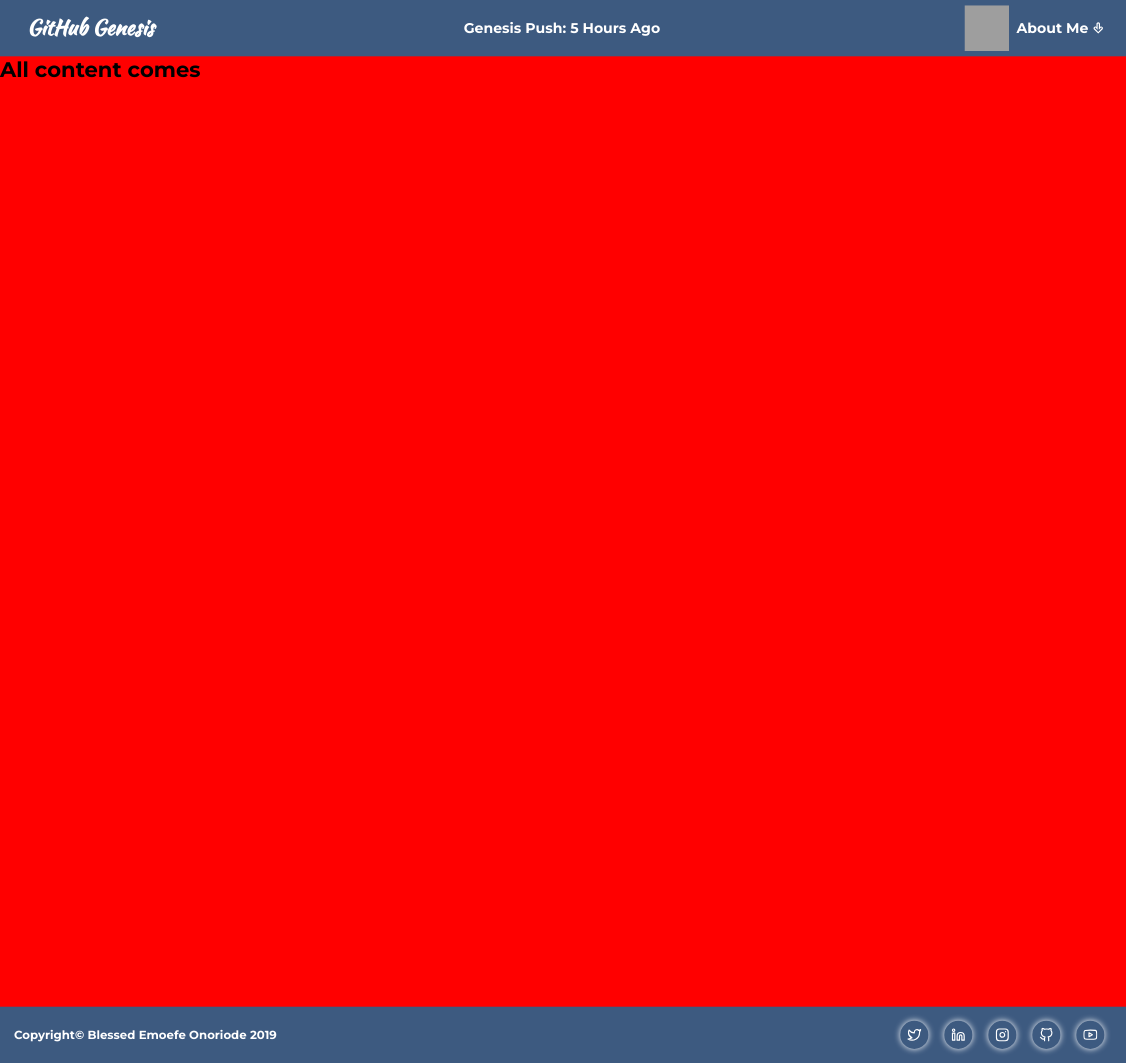
Repository: BlessedEmoefe/github-genesis
Page: /
An editor plug-in stored every save of this project. The page is shown before and after a run of saves, followed by the edit.
The browser window is 1280 px wide. The pictures show the whole page, at 88% of full size.
Pictures or frames that could not be fetched are drawn as grey boxes. The project was rebuilt for these pictures with package versions that can differ from the ones it lists, and the page was loaded fresh each time.

Above is the page before, as saved 2021-04-04 21:50:23.

After the next 3 saves:
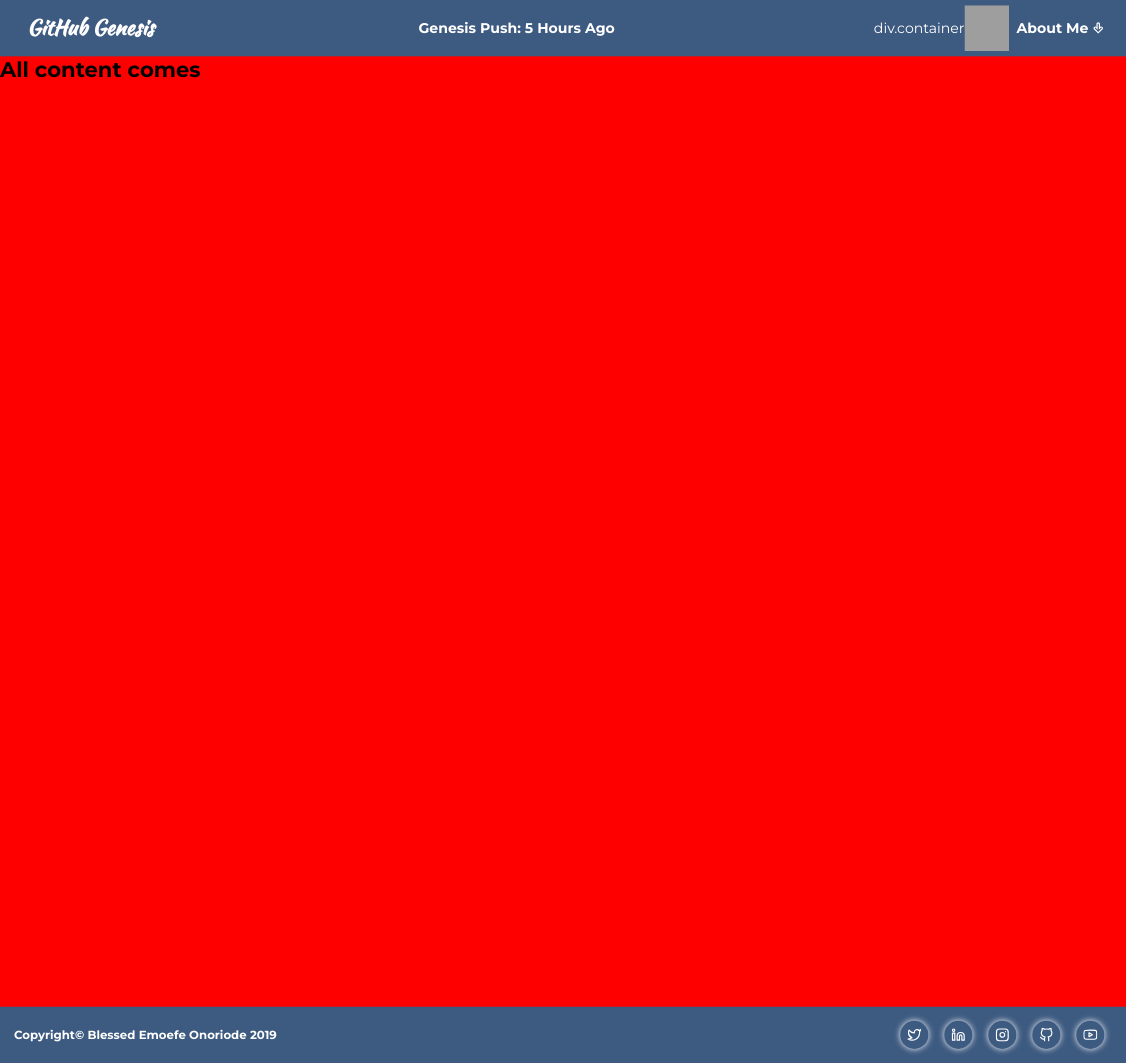
The 3 saves are shown as one change because they came seconds apart.
The last was saved 58 s later.
--- a/src/component/profile/index.jsx
+++ b/src/component/profile/index.jsx
@@ -26,6 +26,7 @@ const Profile = (...otherProps) => {
   ];
   return (
     <ProfileStyles isOpen={isOpen}>
+      div.container
       <div className="imageContainer" onClick={OpenProfileModal}>
         <img src={ProfileImage} alt="profileimg" width="100%" height="100%" />
       </div>
